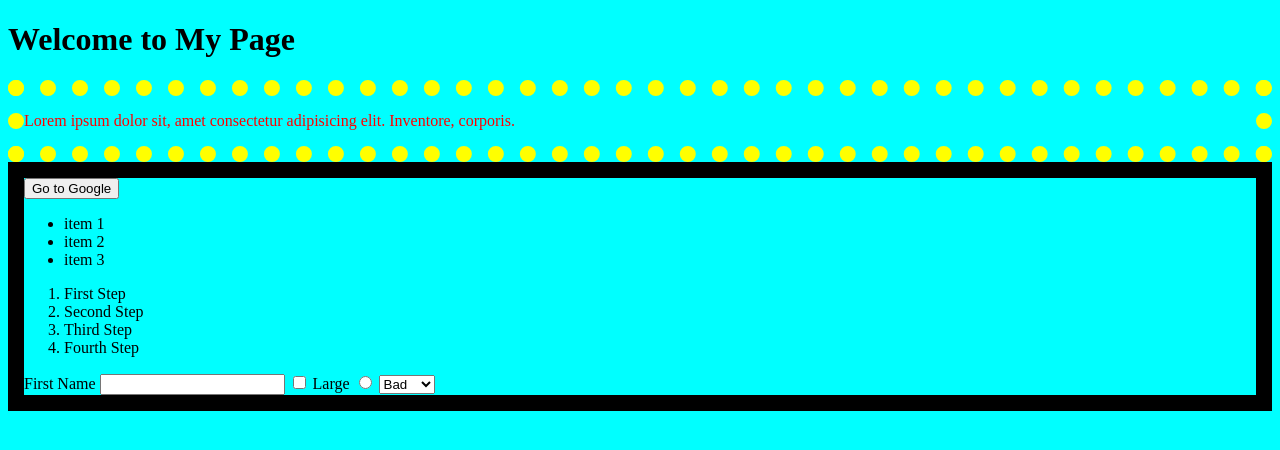
Repository: cs-fullstack-2020-spring/javascript-classes-cw-Awhit-commits
Page: index.html
These files come from the project's save history. The page is drawn as it stood at one moment and after a run of saves; the edit follows.
The browser window is 1280 px wide. The pictures show the whole page.

Above is the page before, as saved 2021-01-06 12:21:15.

After the next 2 saves:
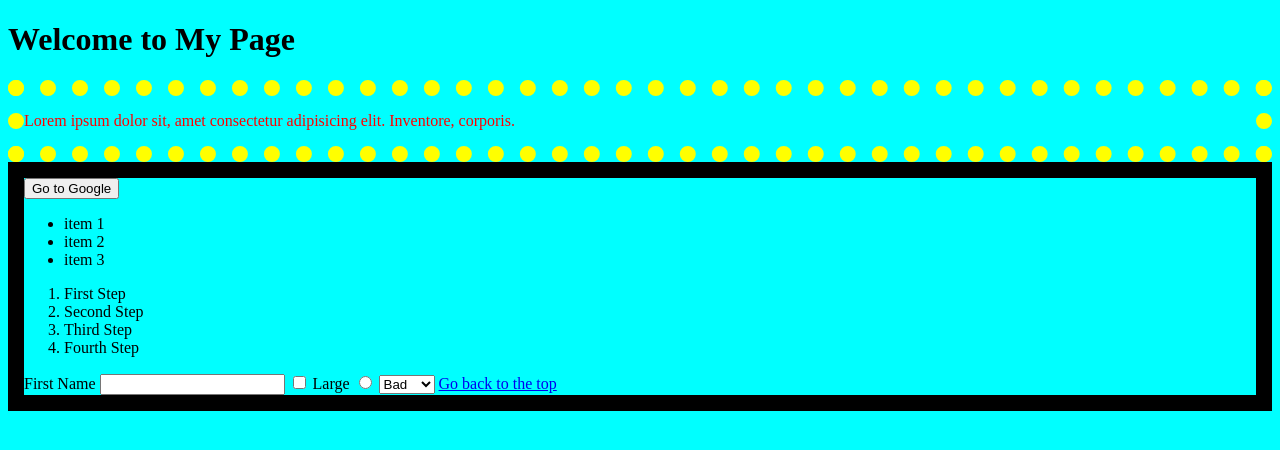
The 2 saves are shown as one change because they came seconds apart.
The last was saved 15 s later.
--- a/index.html
+++ b/index.html
@@ -40,7 +40,7 @@
         <option value="">Great</option>
     </select>
     <a href="mailto:"></a>
-    <a href = #></a>
+    <a href = #redText> Go back to the top</a>
     </div>
 </body>
 
